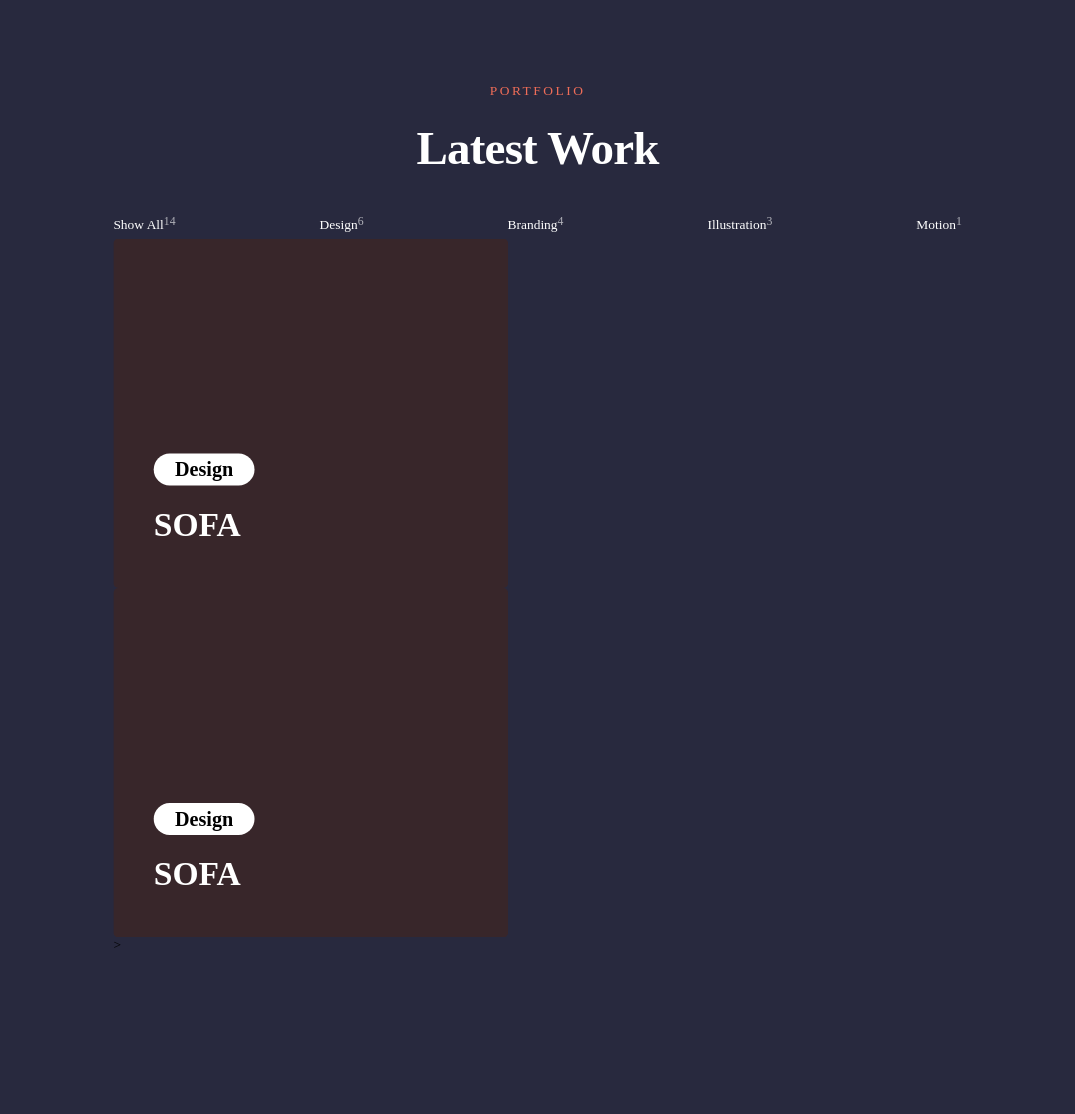
Repository: kubrazamanova/Position-3
Page: index.html
The author's editor kept a copy of each file at every save. The page is drawn from the files as they stood at one save, then again after the next save.
The browser window is 1280 px wide. The pictures show the whole page, at 84% of full size.

Above is the page before, as saved 2023-10-21 11:09:36.

### index.html
<!DOCTYPE html>
<html lang="en">
  <head>
    <meta charset="UTF-8" />
    <meta name="viewport" content="width=device-width, initial-scale=1.0" />
    <link rel="stylesheet" href="index.css" />
    <title>Document</title>
  </head>
  <body>
    <div class="container">
      <div class="box-1">
        <h1>Portfolio</h1>
        <b>Latest Work</b>
      </div>

      <div class="number">
        <ul>
          <li>
            <p>Show All</p>
            <b>14</b>
          </li>

          <li>
            <p>Design</p>
            <b>6</b>
          </li>

          <li>
            <p>Branding</p>
            <b>4</b>
          </li>

          <li>
            <p>Illustration</p>
            <b>3</b>
          </li>

          <li>
            <p>Motion</p>
            <b>1</b>
          </li>
        </ul>
      </div>

<div class="image-container">
  <div class="box-1-container">
    <div class="box">
      <img src="./image/01.svg" alt="" />
      <h2 class="design">Design</h2>
      <b>SOFA</b>
    </div>

    <div class="box">
      <img src="./image/01.svg" alt="" />
      <h2 class="design">Design</h2>
      <b>SOFA</b>
    </div>


  </div>
  <div class="box-2-container">

  </div>
</div>



>
<!--
      <div class="bej-square">
        <img src="./image/02.svg" alt="" />
        <h2>Illustration</h2>

        <div class="bej-01">
          <b>Work Media</b>
        </div>
      </div> -->
    </div>
  </body>
</html>

### index.css
* {
  margin: 0;
  padding: 0;
  box-sizing: border-box;
}

.container {
  padding: 92px 135px 192px 135px;
  min-height: 100vh;
  background: #28293e;
}
.container .box-1 {
  display: flex;
  flex-direction: column;
}

.container .box-1 h1 {
  margin-bottom: 20px;
  color: var(--Text_Light_Accent, #ef6d58);
  text-align: center;
  font-family: Epilogue;
  font-size: 16px;
  font-style: normal;
  font-weight: 400;
  line-height: 32px;
  letter-spacing: 3px;
  text-transform: uppercase;
}

.container .box-1 b {
  color: var(--Text_Light, #fff);
  text-align: center;
  font-feature-settings: "clig" off, "liga" off;
  font-family: Epilogue;
  font-size: 56px;
  font-style: normal;
  font-weight: 800;
  line-height: 64px;
  letter-spacing: -1px;
}

.container .number ul {
  position: relative;
}
.container ul {
  margin-top: 44px;
  display: flex;
  justify-content: space-between;
}

.container ul li {
  display: flex;
  list-style-type: none;
}

.container ul li p {
  color: var(--Text_Light, #fff);
  font-feature-settings: "clig" off, "liga" off;
  font-family: Epilogue;
  font-size: 16px;
  font-style: normal;
  font-weight: 400;
  line-height: 32px;
}

.container ul li b {
  color: var(--Text_Light_Gray, rgba(255, 255, 255, 0.64));
  text-align: center;
  font-feature-settings: "clig" off, "liga" off;
  font-family: Epilogue;
  font-size: 14px;
  font-style: normal;
  font-weight: 400;
  line-height: 24px;
}





.box-33 {
  position: relative;
}

.bej-square {
  position: relative;
  top: 30px;
}

.bej-square h2 {
  width: 116px;
  height: 38px;
  border-radius: 19px;
  background: #fff;
  color: var(--Text_Dark, #391400);
  font-feature-settings: "clig" off, "liga" off;
  font-family: Epilogue;
  font-size: 16px;
  font-style: normal;
  font-weight: 400;
  line-height: 32px;
  display: flex;
  justify-content: center;
  position: absolute;
  bottom: 150px;
  left: 48px;
}

.bej-square .bej-01 b {
  color: var(--Text_Light, #fff);
  font-feature-settings: "clig" off, "liga" off;
  font-family: Epilogue;
  font-size: 40px;
  font-style: normal;
  font-weight: 800;
  line-height: 48px;
  position: relative;
  bottom: 70px;
  left: 48px;
}

.box{
  width: 470px;
height: 416px;
position: relative;
}
.box img{
  width: 470px;
height: 416px;
}
.container .box h2 {
  position: absolute;
  bottom: 122px;
  left: 48px;

  width: 120px;
  height: 38px;
  border-radius: 25px;
  background: #fff;
  display: flex;
  justify-content: center;
  align-items: center;
}
.container .box b {
  color: var(--Text_Light, #fff);
  font-feature-settings: "clig" off, "liga" off;
  font-family: Epilogue;
  font-size: 40px;
  font-style: normal;
  font-weight: 800;
  line-height: 48px;
  position: absolute;
  bottom: 51px;
  left: 48px;
}

After the next save:
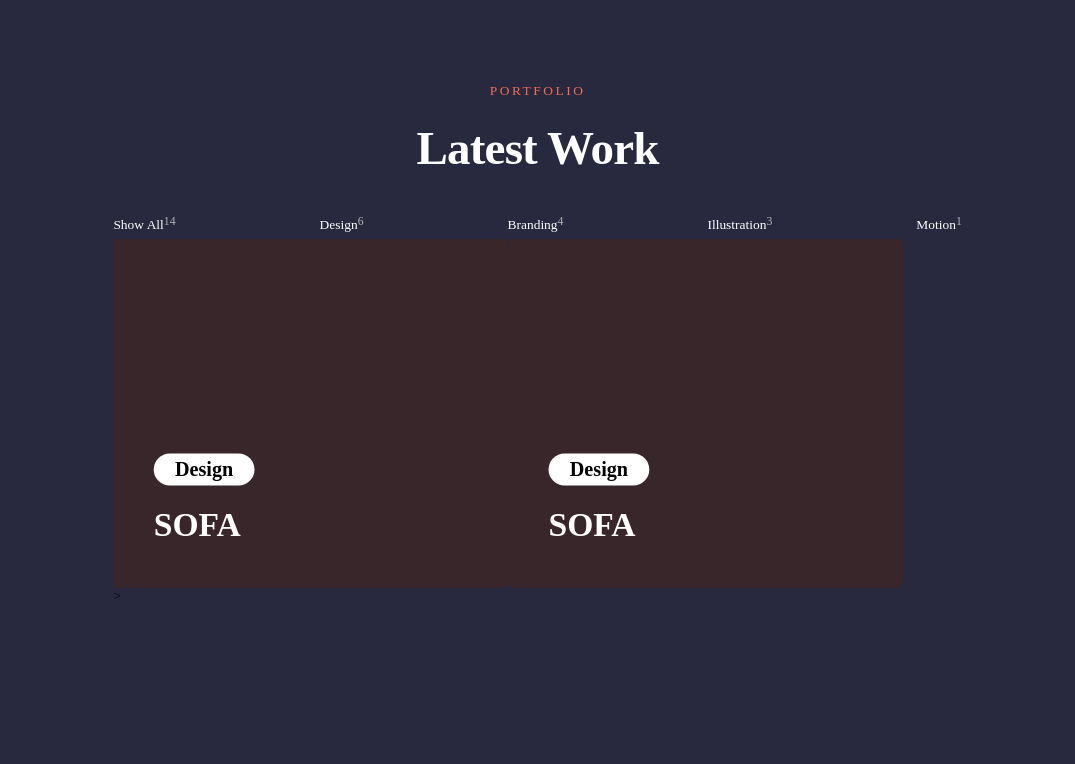
Saved 25 s later.
--- a/index.css
+++ b/index.css
@@ -153,3 +153,7 @@ height: 416px;
   bottom: 51px;
   left: 48px;
 }
+
+.container .image-container .box-1-container{
+  display: flex;
+}
